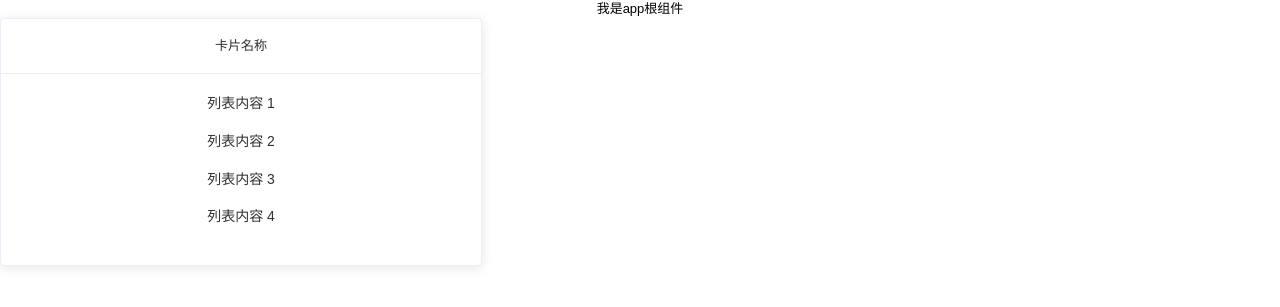
Repository: wuder-jie/Manager-System
Page: /
These files come from the project's save history. The page is drawn as it stood at one moment and after the next save; the edit follows.
The browser window is 1280 px wide. The pictures show the whole page.
The project was rebuilt for these pictures with package versions that can differ from the ones it lists, and the page was loaded fresh each time. Also part of the build but not shown: vue.config.js.

Above is the page before, as saved 2022-11-26 15:24:18.

### src/main.js
import Vue from "vue";
import App from "./App.vue";
import ElementUI from "element-ui";
import "element-ui/lib/theme-chalk/index.css";
// 引入reset样式重置文件。
import "@/assets/css/reset.css";
// 引入图标样式
import "font-awesome/css/font-awesome.min.css";
// 引入axios
import axios from "axios";
// 引入路由器
import router from "@/router";
// 把axios挂载到原型，所有的vc都可访问。
Vue.prototype.axios = axios;
Vue.config.productionTip = false;
Vue.use(ElementUI);

new Vue({ router, render: (h) => h(App) }).$mount("#app");

### src/App.vue
<template>
  <div id="app">
    <h3>我是app根组件</h3>
    <router-view></router-view>
  </div>
</template>

<script>
export default {
  name: "app",
  data() {
    return {};
  },
  components: {},
  methods: {},
};
</script>
<style lang="scss">
.suc {
  background-color: red;
}
</style>

### src/assets/css/reset.css
body {
  font-family:arial,helvetica,sans-serif;
  font-size:13px;
  font-size-adjust:none;
  font-stretch:normal;
  font-style:normal;
  font-variant:normal;
  font-weight:normal;
  line-height:1.4;
  text-align:center;
  }
  body, ul, ol, dl, dd, h1, h2, h3, h4, h5, h6, p, form, fieldset, legend, input, textarea, select, button, th, td {
  margin:0;
  padding:0;
  }
  h1, h2, h3, h4, h5, h6 {
  font-size:100%;
  font-weight:normal;
  }
  table {
  font-size:inherit;
  }
  input, select {
  font-family:arial,helvetica,clean,sans-serif;
  font-size:100%;
  font-size-adjust:none;
  font-stretch:normal;
  font-style:normal;
  font-variant:normal;
  font-weight:normal;
  line-height:normal;
  }
  button {
  overflow:visible;
  }
  th, em, strong, b, address, cite {
  font-style:normal;
  font-weight:normal;
  }
  li {
  list-style-image:none;
  list-style-position:outside;
  list-style-type:none;
  }
  img, fieldset {
  border:0 none;
  }
  ins {
  text-decoration:none;
  }

### src/router/index.js
import Vue from "vue";
import Router from "vue-router";
Vue.use(Router);
const routes = [
  {
    path: "/",
    redirect: "/login",
  },
  {
    name: "login",
    path: "/login",
    // 路由懒加载
    component: () => import("@/pages/login"),
  },
  {
    name: "home",
    path: "/home",
    // 路由懒加载
    component: () => import("@/pages/home"),
    // 异步组件
    // component: (resolve) => require(["@/pages/home"], resolve),
  },
];

const router = new Router({
  mode: "history",
  routes,
});
export default router;

### src/pages/login/index.vue
<template>
  <div id="login">
    <el-card class="box-card">
      <div slot="header" class="clearfix">
        <span>卡片名称</span>
      </div>
      <div v-for="o in 4" :key="o" class="text item">
        {{ "列表内容 " + o }}
      </div>
    </el-card>
  </div>
</template>

<script>
export default {
  name: "LoginItem",
  data() {
    return {};
  },
  components: {},
  methods: {},
};
</script>
<style lang="scss">
#login {
  .text {
    font-size: 14px;
  }

  .item {
    margin-bottom: 18px;
  }

  .clearfix:before,
  .clearfix:after {
    display: table;
    content: "";
  }
  .clearfix:after {
    clear: both;
  }

  .box-card {
    width: 480px;
  }
}
</style>

Loaded but not shown: public/index.html (common file)

After the next save:
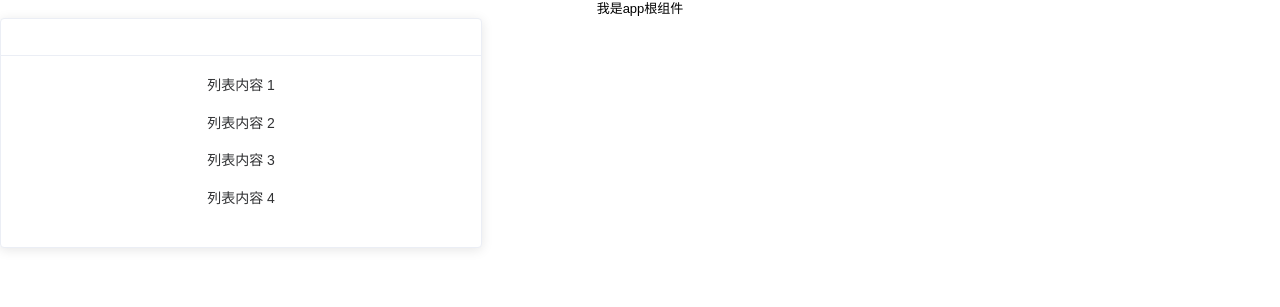
Saved 6 s later.
--- a/src/pages/login/index.vue
+++ b/src/pages/login/index.vue
@@ -2,7 +2,7 @@
   <div id="login">
     <el-card class="box-card">
       <div slot="header" class="clearfix">
-        <span>卡片名称</span>
+        <span></span>
       </div>
       <div v-for="o in 4" :key="o" class="text item">
         {{ "列表内容 " + o }}

After the save that followed:
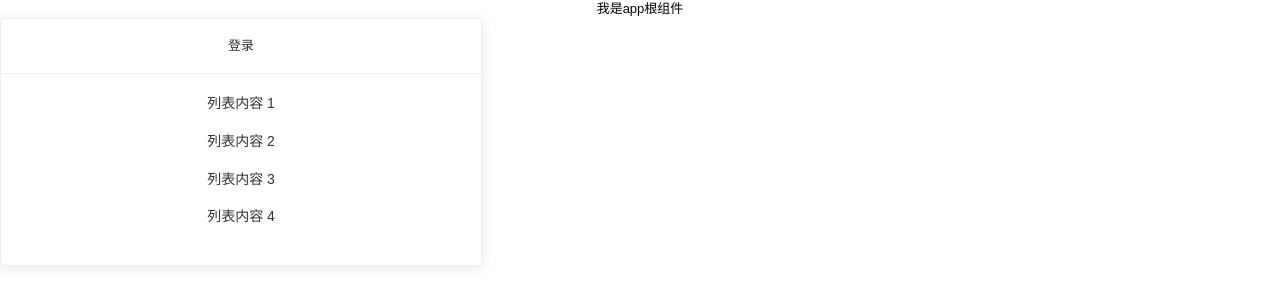
Saved 6 s later.
--- a/src/pages/login/index.vue
+++ b/src/pages/login/index.vue
@@ -2,7 +2,7 @@
   <div id="login">
     <el-card class="box-card">
       <div slot="header" class="clearfix">
-        <span></span>
+        <span>登录</span>
       </div>
       <div v-for="o in 4" :key="o" class="text item">
         {{ "列表内容 " + o }}
